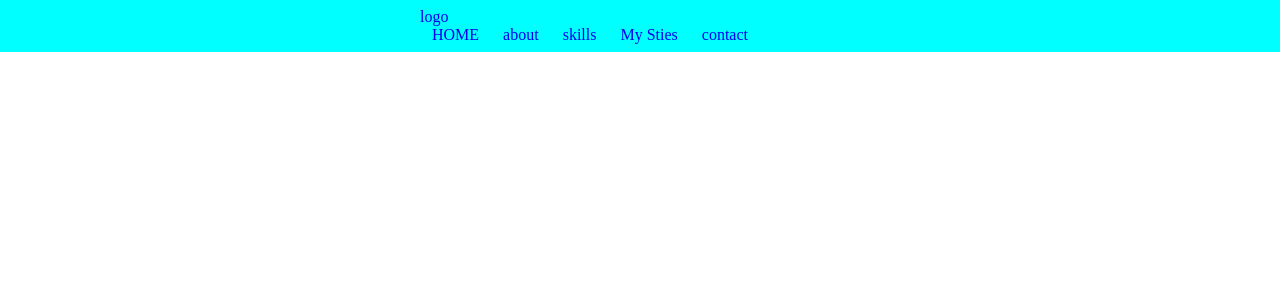
Repository: jun01270/jun
Page: index.html
These files come from the project's save history. The page is drawn as it stood at one moment and after a run of saves; the edit follows.
The browser window is 1280 px wide. The pictures show the whole page.

Above is the page before, as saved 2023-05-08 15:32:31.

After the next 2 saves:
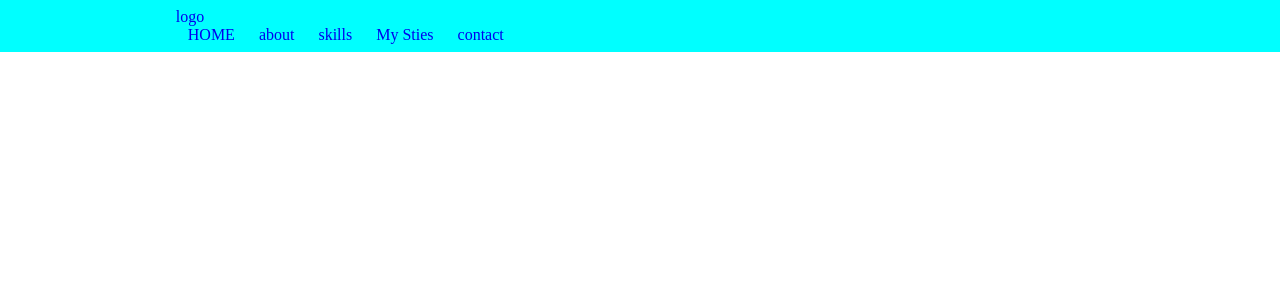
The 2 saves are shown as one change because they came seconds apart.
The last was saved 7 s later.
--- a/main.css
+++ b/main.css
@@ -28,7 +28,7 @@ html{
 }
 
 .logo{
-    padding-right:200px
+    padding-right:900px
 }
 
 
